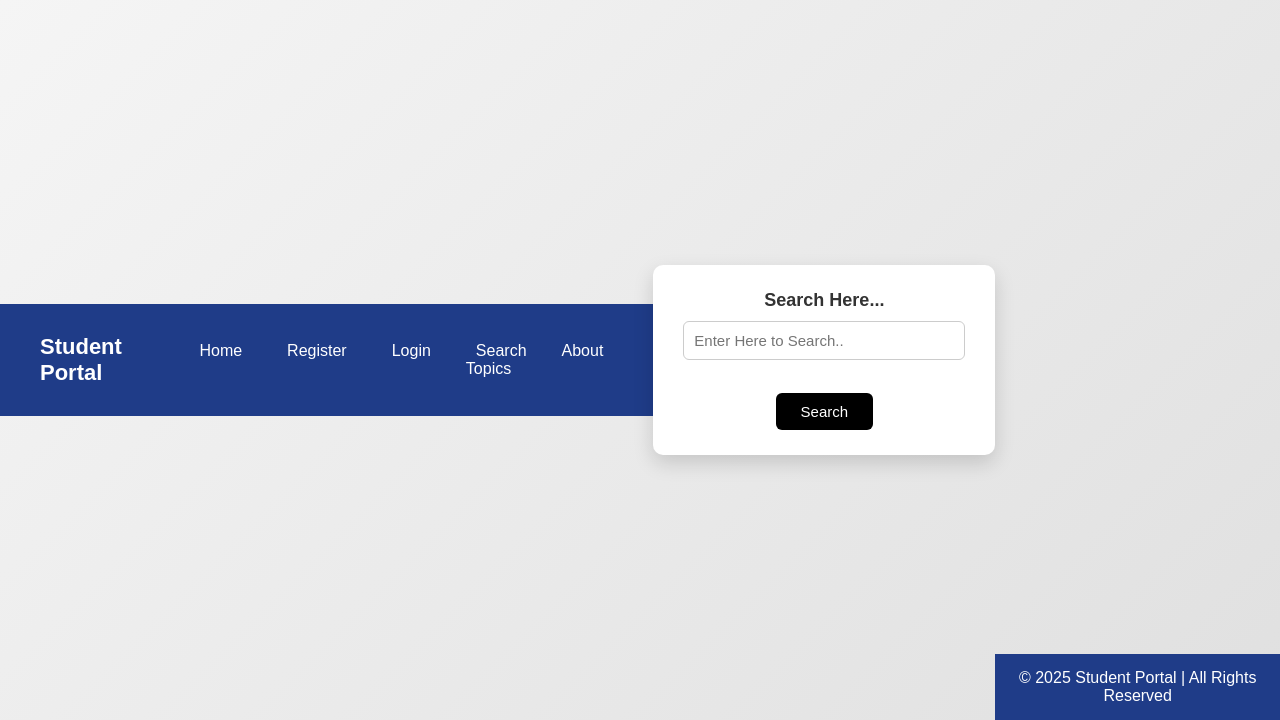
Repository: Tanvisalunkhe/Java_Codes
Page: demo/src/main/webapp/Search.html
The author's editor kept a copy of each file at every save. The page is drawn from the files as they stood at one save, then again after the next save.
The browser window is 1280 px wide. The pictures show the whole page.

Above is the page before, as saved 2025-12-26 06:53:05.

### demo/src/main/webapp/Search.html
<!DOCTYPE html>
<html>
<head>
<meta charset="UTF-8">
<title>Search Page</title>
<style>
body {
    margin: 0;
    padding: 0;
    height: 100vh;
    font-family: Arial, sans-serif;
    background: linear-gradient(135deg, #f5f5f5, #e0e0e0);
    display: flex;
    align-items: center;
    justify-content: center;
}
/* Navbar */
        .navbar {
            background-color: #1f3c88; /* Dark Blue */
            padding: 15px 40px;
            display: flex;
            justify-content: space-between;
            align-items: center;
        }

        .navbar h1 {
            color: white;
            font-size: 22px;
        }

        .navbar ul {
            list-style: none;
            display: flex;
        }

        .navbar ul li {
            margin-left: 25px;
        }

        .navbar ul li a {
            color: white;
            text-decoration: none;
            font-size: 16px;
            padding: 6px 10px;
        }

        .navbar ul li a:hover {
            background-color: #ffffff;
            color: #1f3c88;
            border-radius: 4px;
        }
form {
    background: #ffffff;
    padding: 25px 30px;
    border-radius: 10px;
    box-shadow: 0 8px 20px rgba(0, 0, 0, 0.15);
    text-align: center;
}

label {
    display: block;
    font-size: 18px;
    font-weight: bold;
    margin-bottom: 10px;
    color: #333;
}

input[type="text"] {
    width: 260px;
    padding: 10px;
    border: 1px solid #ccc;
    border-radius: 6px;
    font-size: 15px;
    outline: none;
}

input[type="text"]:focus {
    border-color: #000;
}

button {
    margin-top: 15px;
    padding: 10px 25px;
    border: none;
    border-radius: 6px;
    background: #000;
    color: #fff;
    font-size: 15px;
    cursor: pointer;
    transition: background 0.3s ease;
}

button:hover {
    background: #333;
}
 /* Footer */
        footer {
            background-color: #1f3c88;
            color: white;
            text-align: center;
            padding: 15px;
            margin-top: auto;
        }
</style>
</head>
<body>
<!-- Navigation Bar -->
    <div class="navbar">
        <h1>Student Portal</h1>
        <ul>
            <li><a href="Home.html">Home</a></li>
            <li><a href="register.html">Register</a></li>
            <li><a href="login.html">Login</a></li>
            <li><a href="Search.html">Search Topics</a></li>
            <li><a href="">About</a></li>
        </ul>
    </div>
<form action="search" method="post">
<label>Search Here...</label>
<input type="text" name="search" placeholder="Enter Here to Search.." required>
<br>
<br>
<button type="submit">Search</button>

</form>
<!-- Footer -->
    <footer>
        © 2025 Student Portal | All Rights Reserved
    </footer>
</body>
</html>

After the next save:
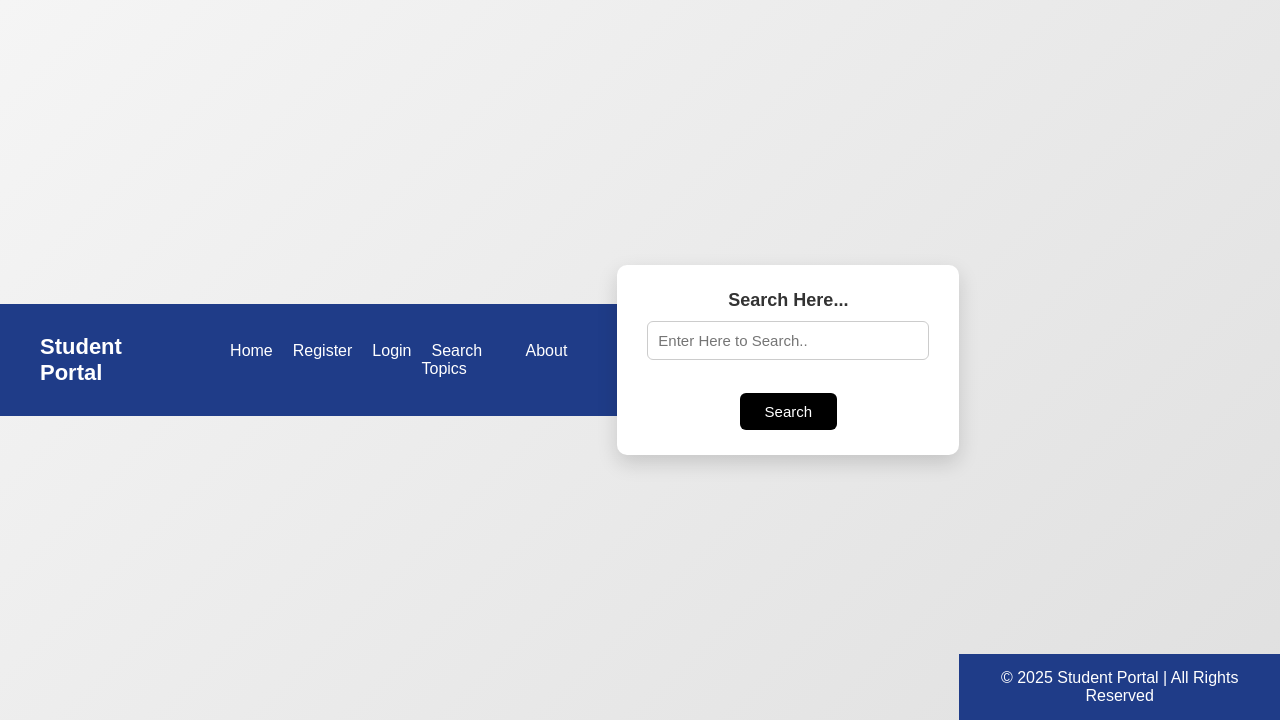
Saved 32 s later.
--- a/demo/src/main/webapp/Search.html
+++ b/demo/src/main/webapp/Search.html
@@ -34,7 +34,7 @@ body {
         }
 
         .navbar ul li {
-            margin-left: 25px;
+            margin-left: auto;
         }
 
         .navbar ul li a {
